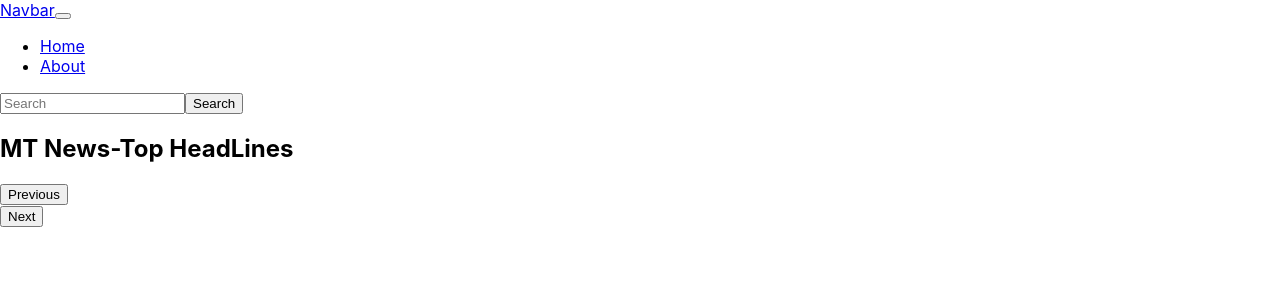
Repository: professorsourabh/news_website_using-ReactJS
Page: /
The author's editor kept a copy of each file at every save. The page is drawn from the files as they stood at one save, then again after the next save.
The browser window is 1280 px wide. The pictures show the whole page.
The page's requests for data from a server got no answer. The project was rebuilt for these pictures with package versions that can differ from the ones it lists, and the page was loaded fresh each time. No one was signed in, and anything a server would have sent is missing. Also part of the build but not shown: src/App.css, src/Components/NewsaItem.js.

Above is the page before, as saved 2023-05-14 10:33:06.

After the next save:
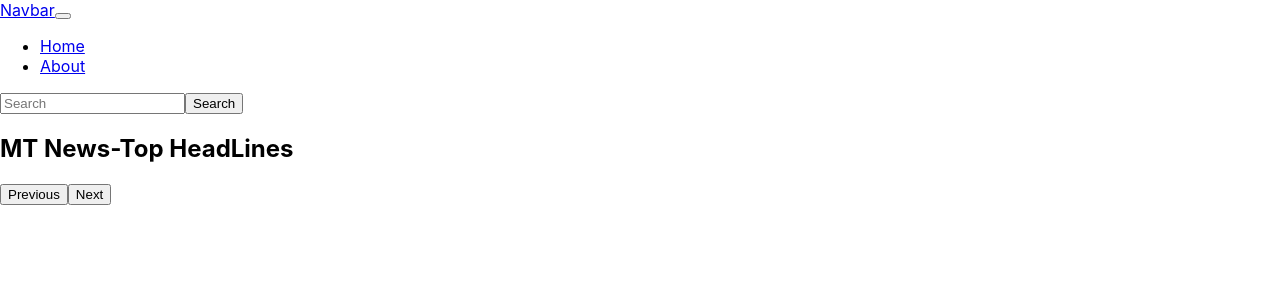
Saved 95 s later.
--- a/src/Components/News.js
+++ b/src/Components/News.js
@@ -33,10 +33,9 @@
          </div>
         })}
         </div>
-        <div className="container">
+        <div className="container d-flex">
           <button type='button' className='btn btn-info my-2'>Previous</button>
-        </div>
-        <div className="container">
+
           <button type='button' className='btn btn-info'>Next</button>
         </div>
 
